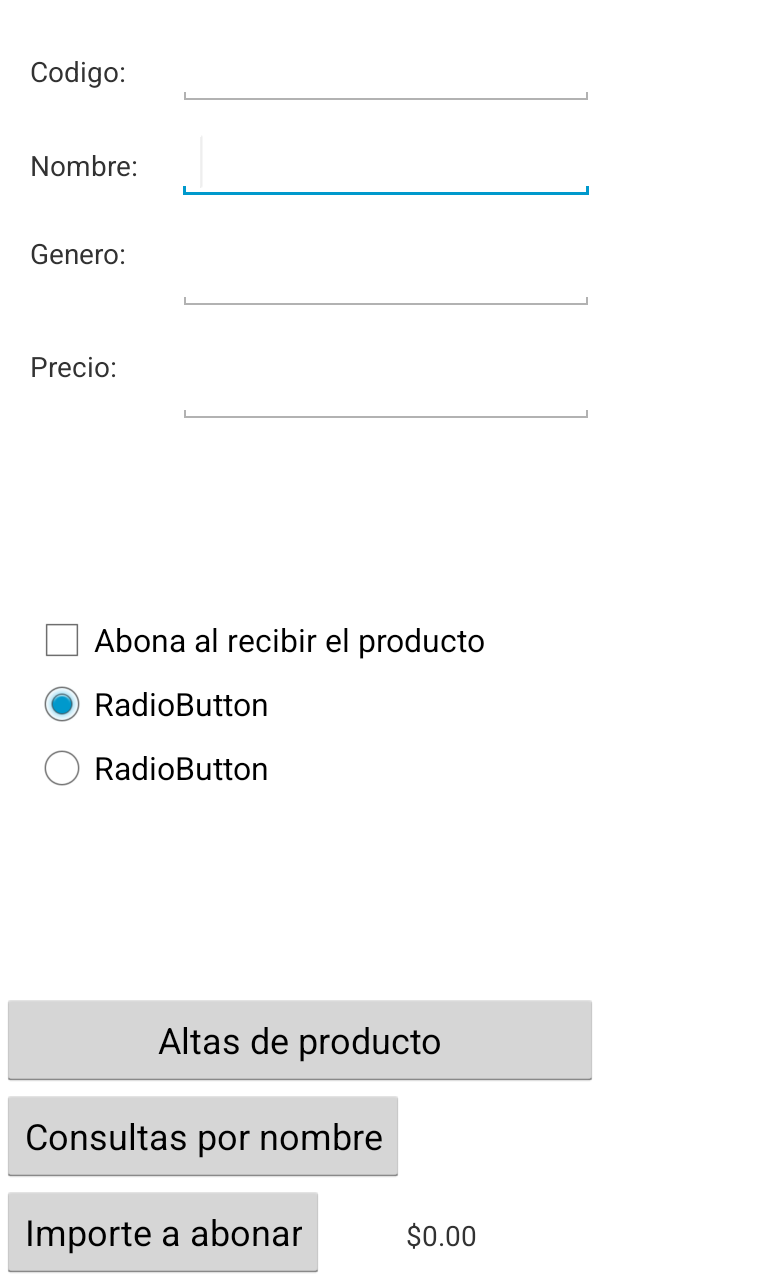
Repository: unknoman/javaAndroidDesempenos
Layout: parcial2h/res/layout/activity_main.xml
An editor plug-in stored every save of this project. The layout is shown before and after the next save, followed by the edit.
It is drawn on a 768 x 1280 px phone screen (xhdpi) without system bars, with theme AppTheme; the app's code is not run.

Above is the layout before, as saved 2022-06-16 06:42:48.

After the next save:
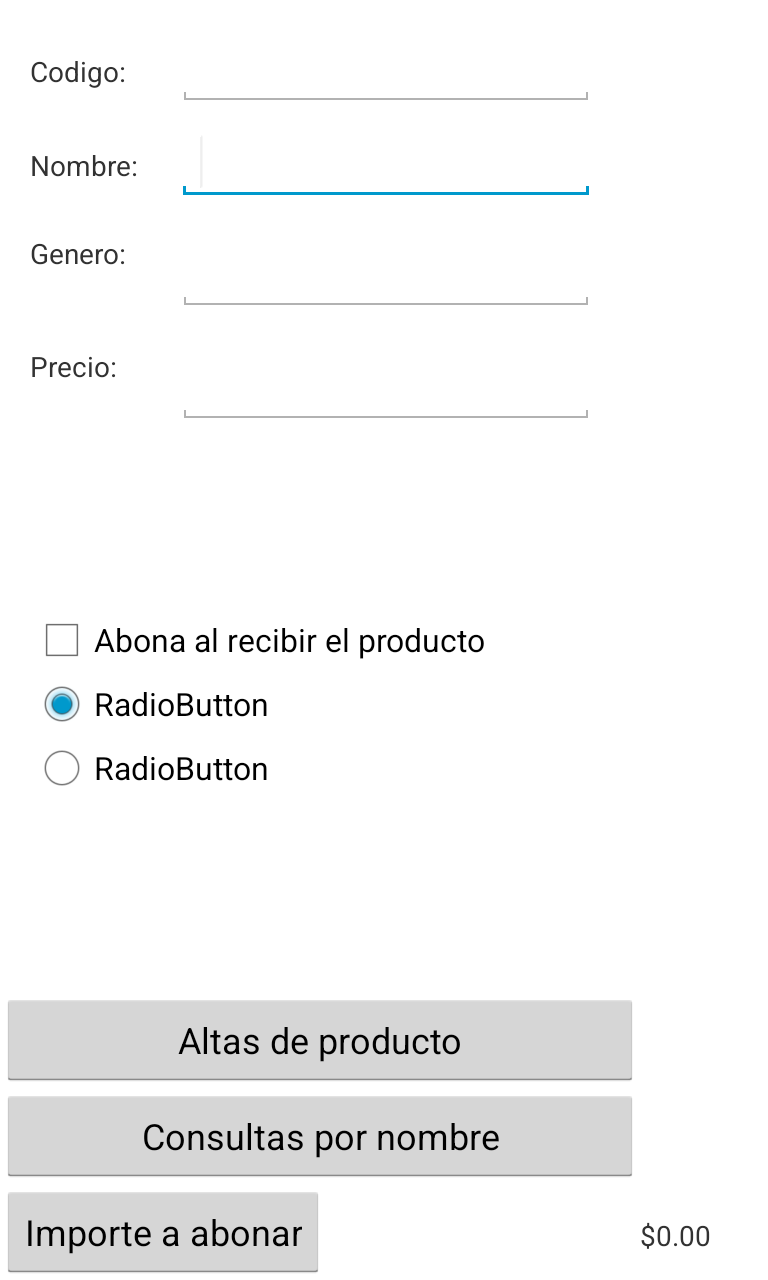
Saved 44 s later.
--- a/parcial2h/res/layout/activity_main.xml
+++ b/parcial2h/res/layout/activity_main.xml
@@ -99,7 +99,7 @@
 
     <Button
         android:id="@+id/button2"
-        android:layout_width="wrap_content"
+        android:layout_width="320dp"
         android:layout_height="wrap_content"
         android:layout_above="@+id/button3"
         android:layout_alignParentLeft="true"
@@ -107,7 +107,7 @@
 
     <Button
         android:id="@+id/button1"
-        android:layout_width="300dp"
+        android:layout_width="320dp"
         android:layout_height="wrap_content"
         android:layout_above="@+id/button2"
         android:layout_alignParentLeft="true"
